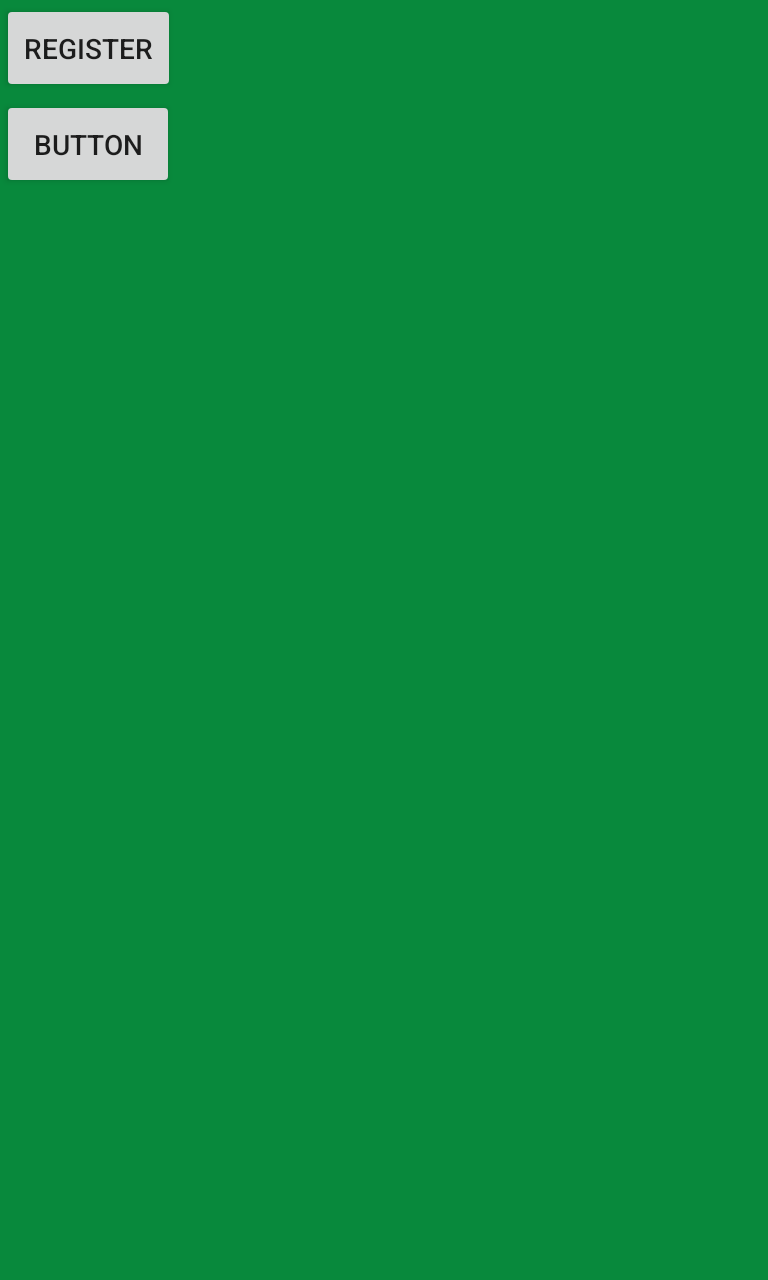
Repository: janemuthoni/icon
Layout: Exam/res/layout/welcome.xml
These files come from the project's save history. The layout is drawn as it stood at one moment and after the next save; the edit follows.
It is drawn on a 768 x 1280 px phone screen (xhdpi) without system bars, with theme AppTheme; the app's code is not run.

Above is the layout before, as saved 2014-08-07 07:46:56.

After the next save:
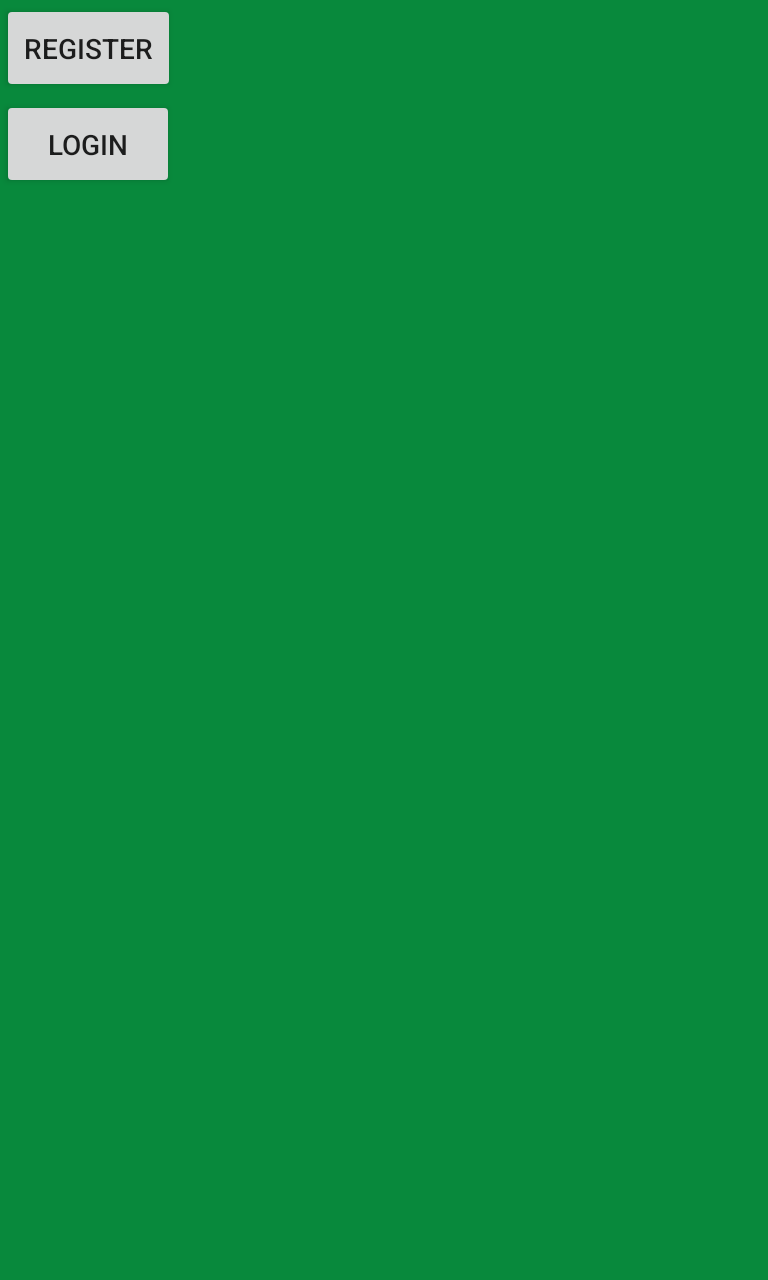
Saved 20 s later.
--- a/Exam/res/layout/welcome.xml
+++ b/Exam/res/layout/welcome.xml
@@ -12,9 +12,9 @@
         android:text="@string/buttonregister" />
 
     <Button
-        android:id="@+id/button2"
+        android:id="@+id/buttonlogin"
         android:layout_width="wrap_content"
         android:layout_height="wrap_content"
-        android:text="Button" />
+        android:text="@string/buttonLogin" />
 
 </LinearLayout>
